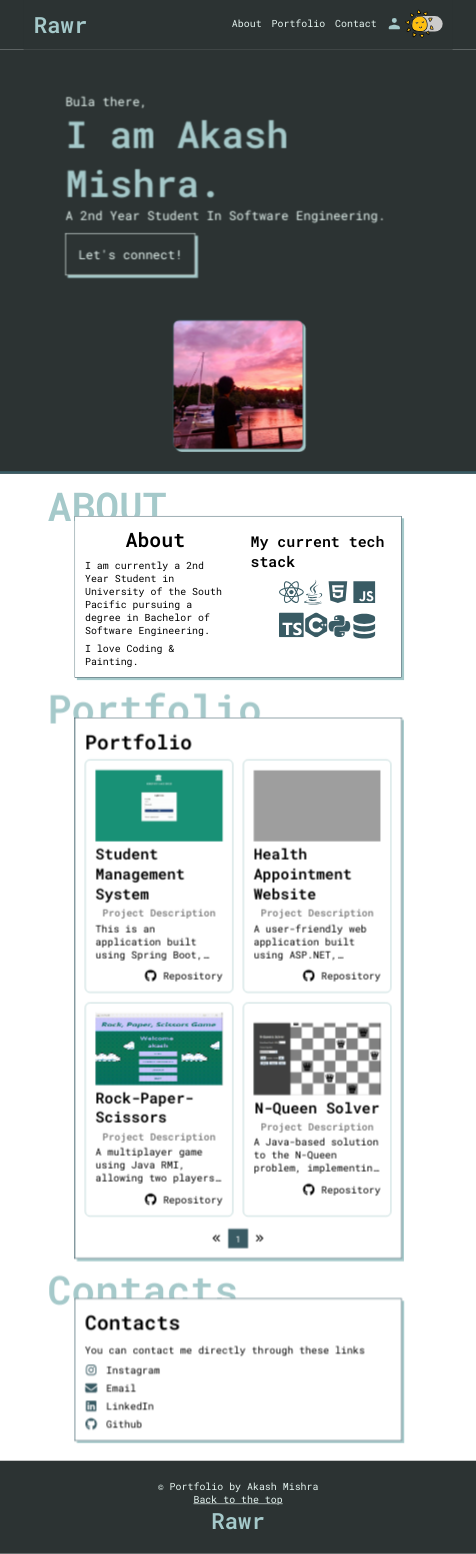
Repository: akashrawr/portfolio
Page: /
An editor plug-in stored every save of this project. The page is shown before and after the next save, followed by the edit.
The browser window is 768 px wide. The pictures show the whole page, at 62% of full size.
Pictures or frames that could not be fetched are drawn as grey boxes. The project was rebuilt for these pictures with package versions that can differ from the ones it lists, and the page was loaded fresh each time.

Above is the page before, as saved 2025-01-01 21:02:57.

### public/index.html
<!DOCTYPE html>
<html lang="en">
  <head>
    <meta charset="utf-8" />
    <link rel="icon" href="%PUBLIC_URL%/favicon.ico" />
    <meta name="viewport" content="width=device-width, initial-scale=1" />
    <meta name="theme-color" content="#000000" />
    <meta
      name="description"
      content="Personal web Portfolio"
    />
    <link rel="apple-touch-icon" href="%PUBLIC_URL%/logo192.png" />
    <!--
      manifest.json provides metadata used when your web app is installed on a
      user's mobile device or desktop. See https://developers.google.com/web/fundamentals/web-app-manifest/
    -->
    <link rel="manifest" href="%PUBLIC_URL%/manifest.json" />
    <!--
      Notice the use of %PUBLIC_URL% in the tags above.
      It will be replaced with the URL of the `public` folder during the build.
      Only files inside the `public` folder can be referenced from the HTML.

      Unlike "/favicon.ico" or "favicon.ico", "%PUBLIC_URL%/favicon.ico" will
      work correctly both with client-side routing and a non-root public URL.
      Learn how to configure a non-root public URL by running `npm run build`.
    -->
    <title>akashrawr</title>
  </head>
  <body>
    <noscript>You need to enable JavaScript to run this app.</noscript>
    <div id="root"></div>
    <!--
      This HTML file is a template.
      If you open it directly in the browser, you will see an empty page.

      You can add webfonts, meta tags, or analytics to this file.
      The build step will place the bundled scripts into the <body> tag.

      To begin the development, run `npm start` or `yarn start`.
      To create a production bundle, use `npm run build` or `yarn build`.
    -->
  </body>
</html>

### src/App.js
import React, { useState, useEffect } from 'react';
import './App.css';
import AOS from 'aos';
import 'aos/dist/aos.css';

// Import components
import Header from './components/Header';
import Hero from './components/Hero';
import About from './components/About';
import Portfolio from './components/Portfolio';
import Contact from './components/Contact';
import Footer from './components/Footer';

function App() {
  useEffect(() => {
    AOS.init({ once: true, delay: 0 });
  }, []);

  const [isNavVisible, setIsNavVisible] = useState(false);
  const [darkMode, setDarkMode] = useState(false);

  const toggleNav = () => {
    setIsNavVisible(!isNavVisible);
  };

  const toggleDarkMode = () => {
    setDarkMode(!darkMode);
    document.body.classList.toggle('dark-mode', !darkMode);
  };

  return (
    <div>
      <Header
        isNavVisible={isNavVisible}
        toggleNav={toggleNav}
        darkMode={darkMode}
        toggleDarkMode={toggleDarkMode}
      />
      <main>

        <Hero />
        <About />
        <Portfolio />
        <Contact />
      </main>
      <Footer />
    </div>
  );
}

export default App;

### src/App.css
@import url("https://fonts.googleapis.com/css2?family=Roboto+Mono:wght@300;400;600&display=swap");

:root {
  --primary-color: #2c3333;
  --secondary-color: #395b64;
  --accent-1: #a5c9ca;
  --accent-2: #e7f6f2;
  --neutral-1: black;
  --neutral-2: white;
  --neutral-3: white;
  --neutral-4: black;
  --icon-1: #395b64;

  --dark-primary-color: #121212;
  --dark-secondary-color: #1f1f1f;
  --dark-accent-1: #6c757d;
  --dark-accent-2: #adb5bd;
  --dark-neutral-1: #ffffff;
  --dark-neutral-2: #121212;
  --dark-neutral-3:#1f1f1f;
  --dark-neutral-4: #938f8f;
  --dark-icon-1: #938f8f;

}

*,
*::after,
*::before {
  margin: 0;
  padding: 0;
  font-family: "Roboto Mono", monospace;
  box-sizing: border-box;


}

html {
  scroll-behavior: smooth;
}

body {
  overflow-x: hidden;
  background-color: var(--neutral-3);
  color: var(--neutral-1);
  font-family: "Roboto Mono", monospace;
}

body.dark-mode {
  --primary-color: var(--dark-primary-color);
  --secondary-color: var(--dark-secondary-color);
  --accent-1: var(--dark-accent-1);
  --accent-2: var(--dark-accent-2);
  --neutral-1: var(--dark-neutral-1);
  --neutral-2: var(--dark-neutral-2);
  --neutral-3: var(--dark-neutral-3);
  --neutral-4: var(--dark-neutral-4);
  --icon-1:var(--dark-icon-1);
}


/* Navbar styles */

header {
  display: flex;
  align-items: center;
  justify-content: center;

  max-width: 100vw;
  background-color: var(--primary-color);
}

a {
  font-size: 14px;
  text-decoration: none;
}

h1 {
  font-family: "Roboto Mono", monospace;
}

.navbar-nav {
  display: flex;
  align-items: center;
  justify-content: space-between;
  background-color: var(--primary-color);
  padding: 1rem;
  width: 90%;
}

.nav-logo {
  grid-column: 1;
}

.nav-logo > h1 {
  font-size: 30px;
  color: var(--accent-1);
}

.primary-nav {
  display: flex;
  list-style: none;
  gap: 16px;

  grid-column: 2;
  justify-self: end;
}

.mobile-nav-toggle {
  display: none;
  cursor: pointer;
}

.nav-link:link,
.nav-link:visited {
  font-size: 16px;
  color: var(--accent-2);

  transition: 300ms ease-in-out;
}

.nav-link:hover {
  font-weight: 600;
  color: var(--accent-1);
}

.user-icon {
  width: 24px;
  height: 24px;
  fill: var(--accent-1);
  transition: fill 0.3s ease;
}

.user-icon:hover {
  fill: var(--accent-1);
}

/* Dark mode toggle button */
.theme-toggle {
  background: none;
  border: none;
  cursor: pointer;
  padding: 8px;
  display: flex;
  align-items: center;
}

.nav-icons {
  --size: 30px;
  width: var(--size);
  aspect-ratio: 1;
  cursor: pointer;
}



@media only screen and (max-width: 35em) {
  .primary-nav {
    position: fixed;
    top: 0;
    right: 0;
    bottom: 0;
    width: 125px;

    flex-direction: column;
    padding: min(15vh, 3rem) 1rem;
    background-color: var(--primary-color);
    border-left: 2px solid rgb(111, 111, 111); /* Add this line for the left border */

    z-index: 9999;

    transform: translateX(100%);
    transition: transform 350ms ease-out;
  }


  .nav-link:link,
  .nav-link:visited {
    font-size: 15px;
    color: var(--accent-1);
  }

  .primary-nav[data-visible="true"] {
    transform: translateX(0%);
  }

  .mobile-nav-toggle[aria-expanded="true"] {
    background: url('data:[embedded picture, 416 characters]') center center no-repeat;
  }

  .mobile-nav-toggle {
    display: block;
    position: absolute;
    background: url('data:[embedded picture, 417 characters]') center center no-repeat;

    width: 1.25rem;
    aspect-ratio: 1;

    border: none;

    top: 1.4rem;
    right: 2.5rem;
    z-index: 10000;

    transition: 250ms ease-in-out;
  }
}

/* Section styles */

section {
  display: flex;
  align-items: center;
  justify-content: center;

  max-width: 100vw;
  position: relative;
}

/* HERO SECTION */
#hero {
  background-color: var(--primary-color);
  border-bottom: 4px solid var(--icon-1);
  padding: 2.2rem;
}

/* Main container for text and image */
.hero-main-container {
  display: flex;
  flex-wrap: wrap;
  align-items: center;
  justify-content: space-between;
  gap: 16px;
}

/* Text Container */
.hero-container {
  flex: 1;
  display: flex;
  flex-direction: column;
  gap: 16px;
  padding: 2.2rem;
  width: 90%;
  height: 350px;
  animation: fade-in 500ms linear forwards;
}

.hero-text-container > h2 {
  font-size: 28px;
  color: var(--accent-1);
}

.hero-text-container > p {
  font-size: 12px;
  color: var(--accent-2);
}

.hero-button {
  align-self: flex-start;

  font-size: 14px;
  padding: 1em;

  color: var(--accent-2);
  background-color: transparent;

  border: 1px solid var(--accent-2);
  box-shadow: 4px 4px 0px var(--accent-1);

  transition: 300ms ease-in-out;
}

.hero-button:hover {
  background-color: var(--accent-2);
  color: var(--primary-color);
  box-shadow: 6px 6px 0px var(--secondary-color);
}

/* Image Container */
.hero-img {
  flex: 1;
  display: flex;
  justify-content: center;
  align-items: center;
}

.hero-image {
  max-width: 50%;
  height: auto;
  border-radius: 10px;
  box-shadow: 0 4px 8px rgba(0, 0, 0, 0.1);
  border: 1px solid var(--secondary-color);
  background-color: var(--neutral-2);
  box-shadow: 4px 4px 0px var(--accent-1);
}


/* Responsive Styles */
@media screen and (max-width: 768px) {
  .hero-main-container {
    flex-direction: column;
  }

  .hero-img {
    margin-top: 20px;
    max-width: 60%;
    height: auto;
  }

  .hero-text-container {
    text-align: left;
  }
}
.hero-text-container > h2 {
  font-size: 20px;
  color: var(--accent-1);
}
.project-card > h3 {
  font-size: 12px;
  color: var(--secondary-color);
}

/* ABOUT */

#about {
  padding: 2rem;
  margin-top: 36px;
  animation: fade-in 500ms linear forwards;

}

.wave-asset {
  width: 100%;
  position: absolute;

  top: 0;
  left: 0;
}

.about-container {
  display: flex;
  align-items: center;
  justify-content: center;
  background-color: var(--neutral-2);
  width: 90%;
  z-index: 999;
}

.about-card,
.portfolio-card,
.contact-card {
  display: flex;
  flex-direction: column;
  gap: 16px;
  border: 1px solid var(--secondary-color);
  background-color: var(--neutral-2);

  width: 100%;
  padding: 1rem;

  box-shadow: 4px 4px 0px var(--accent-1);
}

.about-content,
.portfolio-content {
  width: 100%;
  display: flex;
  flex-direction: column;
  gap: 8px;
}

.about-content > h2,
.about-content > h3 {
  color: var(--neutral-4);
}

.about-content > p {
  font-size: 12px;
  color: var(--neutral-4);
}

.tech-stack-grid {
  width: 65%;
  display: grid;
  grid-template-columns: repeat(4, 1fr);
  place-items: center;
}

.tech-stack {
  --size: 30px;
  width: var(--size);
  aspect-ratio: 1;
}

/* Portfolio container */

#portfolio {
  padding: 2rem;
  animation: fade-in 500ms linear forwards;
}

.portfolio-container {
  width: 90%;
  z-index: 999;
}

.project-container {
  display: grid;
  grid-template-columns: repeat(2, 1fr);
  gap: 16px;
}

.portfolio-content > h2 {
  color: var(--neutral-4);
}

.project-card {
  display: flex;
  flex-direction: column;
  gap: 4px;

  padding: 1rem;
  border-radius: 8px;
  border: 1px solid var(--accent-1);
}

.project-card > h3 {
  color: var(--neutral-4);
}

.project-card > h5 {
  color: var(--neutral-4);
  opacity: 0.5;
}

.project-card > p {
  font-size: 12px;
  width: 100%;
  display: -webkit-box;
  -webkit-box-orient: vertical;
  -webkit-line-clamp: 3;
  overflow: hidden;
  color: var(--neutral-4);
}

.project-img {
  width: 100%;
  aspect-ratio: 16/9;
}

.project-card-links {
  align-self: flex-end;

  margin-top: 10px;
  display: flex;
  align-items: center;
  gap: 12px;
}

.project-icons {
  --size: 20px;
  width: var(--size);
  aspect-ratio: 1;
}

.project-card-links > a {
  display: flex;
  align-items: center;
  color: var(--neutral-4);
  font-size: 10px;
  gap: 4px;
}

.project-card-links > a:link,
.project-card-links > a:visited {

  color: var(--neutral-4);
}

.project-card-links > a:hover {
  font-weight: 600;
  color: var(--accent-1);
}

/* CONTACT */
#contact {
  padding: 2rem;
  animation: fade-in 500ms linear forwards;
}

.contact-container {
  width: 90%;
  z-index: 999;
}

.contact-card {
  width: 100%;
  gap: 12px;
}
.contact-card > h2 {
    color: var(--neutral-4);
}

.contact-card > p {
  font-size: 12px;
  color: var(--neutral-4);
}

.contact-links {
  display: flex;
  flex-direction: column;
  gap: 8px;
}

.contact-links > a {
  display: flex;
  align-items: center;
  gap: 8px;
}

.contact-links > a:link,
.contact-links > a:visited {
  color: var(--neutral-4);
}

.contact-links > a:hover {
  font-weight: 600;
  color: var(--accent-1);
}
.contact-icons {
  --size: 20px;
  width: var(--size);
  aspect-ratio: 1;
}

/* extras */
.section-highlight {
  font-size: 4rem;
  font-weight: 600;
  opacity: 0.5;
  color: var(--accent-1);

  position: absolute;
  top: 0;
  left: 100px;
}

/* footer */
footer {
  display: flex;
  align-items: center;
  justify-content: center;
  color: var(--accent-2);
  max-width: 100vw;
  background-color: var(--primary-color);
  min-height: 150px;
}

.footer-content {
  text-align: center;
  font-size: 12px;
  width: 90%;

  color: var(--accent-2);
}

.footer-content > a {
  text-decoration: underline;
}

.footer-content > a:link,
.footer-content > a:visited {
  color: var(--accent-2);
}

.footer-content > a:hover {
  color: var(--accent-1);
}
/* media queries */

@media only screen and (max-width: 35em) {
  .hero-container {
    padding: 1rem;
    height: 200px;
  }
  .project-container {
    grid-template-columns: 1fr;
  }
  .tech-stack-grid {
    width: 100%;
  }
  .section-highlight {
    font-size: 3.5rem;
    top: -16px;
    left: 6vw;
  }
}

@media only screen and (min-width: 35em) {
  .hero-container {
    height: 250px;
  }
  .about-container,
  .portfolio-container,
  .contact-container {
    width: 75%;
  }

  .about-card,
  .portfolio-card {
    align-items: center;
    justify-content: center;
    flex-direction: row;
    gap: 20px;
  }

  .section-highlight {
    top: -26px;
    left: 10vw;
  }
}

@media only screen and (min-width: 768px) {
  .nav-logo > h1 {
    font-size: 36px;
  }

  /* hero */
  .hero-container {
    height: 350px;
  }

  .hero-text-container > p {
    font-size: 20px;
  }

  .hero-text-container > h2 {
    font-size: 60px;
  }

  .hero-button {
    font-size: 20px;
  }

  /* about */
  .about-card {
    gap: 40px;
  }

  .about-content > h2 {
    font-size: 32px;
  }

  .about-content > h3 {
    font-size: 24px;
  }

  .about-content > p {
    font-size: 16px;
  }

  .tech-stack-section {
    align-self: flex-start;
    margin-top: 8px;
  }

  .tech-stack {
    --size: 40px;
    width: var(--size);
    aspect-ratio: 1;
  }

  /* portfolio */
  .portfolio-content > h2 {
    font-size: 32px;
  }

  .project-card > h3 {
    font-size: 24px;
  }

  .project-card > h5,
  .project-card > p {
    font-size: 16px;
  }

  .project-card-links > a {
    font-size: 16px;
  }

  /* contacts */
  .contact-card > h2 {
    font-size: 32px;
  }

  .contact-card > p {
    font-size: 16px;
  }

  .contact-links > a {
    font-size: 16px;
  }
  .footer-content,
  .footer-content > a {
    font-size: 16px;
  }
}

@media only screen and (min-width: 1024px) {
  .section-highlight {
    top: -26px;
    left: 10vw;
  }
}

@keyframes fade-in {
  0% {
    opacity: 0;
  }
  100% {
    opacity: 1;
  }
}

/* Adjust specific sections as needed for React-specific behaviors */
.primary-nav.visible {
  transform: translateX(0%);
}

/* The switch - the box around the slider */
.switch {
  position: relative;
  display: inline-block;
  width: 50px;
  height: 25px;
}

/* Hide default HTML checkbox */
.switch input {
  opacity: 0;
  width: 0;
  height: 0;
}

/* The slider */
.slider {
  position: absolute;
  cursor: pointer;
  top: 0;
  left: 0;
  right: 0;
  bottom: 0;
  background-color: #ccc;
  -webkit-transition: .4s;
  transition: .4s;
  border-radius: 25px; /* Rounded edges for the slider */
  display: flex;

  align-items: center;
}

/* Adjust the icon size to 48x48 pixels */
.slider .icon {
  position: absolute;
  width: 48px;
  height: 48px;
  transition: .4s;
}

/* When the input is checked (dark mode is on) */
input:checked + .slider {
  background-color: #3e4346; /* Change background color on check */
}

input:focus + .slider {
  box-shadow: 0 0 1px #2196F3;
}

/* Move the icons when the input is checked (dark mode) */
input:checked + .slider .icon {
  transform: translateX(20px); /* Move the icon to the right */
}

/* Default state (light mode) */
input:not(:checked) + .slider .icon {
  transform: translateX(-15px) translateY(-2px); /* Icon remains in the default position */
  width: 52px; /* Further reduced icon size for very small screens */
  height: 52px; /* Further reduced icon size for very small screens */
}

.about-icon {
  color: var(--icon-1); /* Change to any shade of blue you prefer */
  font-size: 3rem; /* Adjust size as needed */
  margin: 0.5rem;
}

.project-icons {
  margin-right: 0.5rem; /* Space between icon and text */
  font-size: 1.5rem; /* Adjust icon size */
  color: inherit; /* Match the color of the link */
}

.contact-icons {
  margin-right: 0.5rem; /* Space between icon and text */
  font-size: 1.5rem; /* Adjust icon size */
  color: var(--icon-1);
}

/* Responsive Adjustments */
@media (max-width: 768px) {
  .about-icon {
    font-size: 2.5rem; /* Slightly smaller on smaller devices */
    margin: 0.4rem;
  }

  .project-icons {
    font-size: 1.2rem; /* Smaller icon size on smaller screens */
    margin-right: 0.4rem;
  }

  .contact-icons {
    font-size: 1.2rem; /* Smaller icon size on smaller screens */
    margin-right: 0.4rem;
  }
}

@media (max-width: 480px) {
  .about-icon {
    font-size: 2rem; /* Even smaller on very small devices */
    margin: 0.3rem;
  }

  .project-icons {
    font-size: 1rem; /* Further reduced icon size for very small screens */
    margin-right: 0.3rem;
  }

  .contact-icons {
    font-size: 1rem; /* Further reduced icon size for very small screens */
    margin-right: 0.3rem;
  }
}

.pagination {
  display: flex;
  justify-content: center;
  align-items: center;
  margin-top: 1rem;
}

.pagination a {
  color: var(--neutral-4);
  padding: 8px 16px;
  text-decoration: none;
}

.pagination a.active {
  background-color: #395b64;
  color: white;
}

.pagination a:disabled {
  color: grey;
  pointer-events: none;
}

/* Responsive Adjustments */
@media (max-width: 768px) {
  .pagination a {
    padding: 6px 12px; /* Smaller padding for smaller screens */
    font-size: 0.9rem; /* Slightly smaller font size */
  }

  .pagination {
    margin-top: 0.75rem; /* Adjust margin top for smaller screens */
  }
}

@media (max-width: 480px) {
  .pagination a {
    padding: 4px 8px; /* Even smaller padding for very small screens */
    font-size: 0.8rem; /* Smaller font size for very small screens */
  }

  .pagination {
    margin-top: 0.5rem; /* Adjust margin top for very small screens */
  }
}

### src/components/Hero.js
import React from 'react';

function Hero() {
  return (
    <section id="hero">
      <div className="hero-main-container">
        {/* Text and Button Container */}
        <div className="hero-container">
          <div className="hero-text-container" data-aos="fade-up">
            <p>Bula there,</p>
            <h2>I am Akash Mishra.</h2>
            <p>A 2nd Year Student In Software Engineering.</p>
          </div>
          <a href="#contact" className="hero-button" data-aos="fade-up">
            Let's connect!
          </a>
        </div>

        {/* Image Container */}
        <div className="hero-img" data-aos="fade-up">
          <img className="hero-image" src="./assets/images/akash.jpg" alt="akash" />
        </div>
      </div>
    </section>
  );
}

export default Hero;

### src/components/About.js
import React from 'react';
import { FontAwesomeIcon } from '@fortawesome/react-fontawesome';
import { faReact, faJava, faHtml5, faJs, faPython } from '@fortawesome/free-brands-svg-icons';
import { SiTypescript, SiCplusplus } from 'react-icons/si';
import { faDatabase } from '@fortawesome/free-solid-svg-icons';

function About() {
  return (
    <section id="about">
      <div className="section-highlight" data-aos="fade-up">ABOUT</div>
      <div className="about-container" data-aos="fade-up">
        <div className="about-card">
          <section className="about-content">
            <h2>About</h2>
            <p>I am currently a 2nd Year Student in University of the South Pacific pursuing a degree in Bachelor of Software Engineering.</p>
            <p>I love Coding & Painting.</p>
          </section>

          <section className="about-content tech-stack-section">
            <h3>My current tech stack</h3>
            <div className="tech-stack-grid">
              <div className="tech-stack">
                <FontAwesomeIcon icon={faReact} className="about-icon" />
              </div>
              <div className="tech-stack">
                <FontAwesomeIcon icon={faJava} className="about-icon" />
              </div>
              <div className="tech-stack">
                <FontAwesomeIcon icon={faHtml5} className="about-icon" />
              </div>
              <div className="tech-stack">
                <FontAwesomeIcon icon={faJs} className="about-icon" />
              </div>
              <div className="tech-stack">
                <SiTypescript className="about-icon ts-icon" />
              </div>
              <div className="tech-stack">
                <SiCplusplus className="about-icon cpp-icon" />
              </div>
              <div className="tech-stack">
                <FontAwesomeIcon icon={faPython} className="about-icon" />
              </div>
              <div className="tech-stack">
                <FontAwesomeIcon icon={faDatabase} className="about-icon" />
              </div>
            </div>
          </section>
        </div>
      </div>
    </section>
  );
}

export default About;

### src/components/Contact.js
import React from 'react';
import { FontAwesomeIcon } from '@fortawesome/react-fontawesome';
import {
  faInstagram,
  faGithub,
  faLinkedin
} from '@fortawesome/free-brands-svg-icons';
import {
  faEnvelope
} from '@fortawesome/free-solid-svg-icons';

function Contact() {
  return (
    <section id="contact">
      <h2 className="section-highlight" data-aos="fade-up">Contacts</h2>
      <div className="contact-container" data-aos="fade-up">
        <div className="contact-card">
          <h2>Contacts</h2>
          <p>You can contact me directly through these links</p>

          <div className="contact-links">
            <a href="https://www.instagram.com/_acnologxa" className="contact-link">
              <FontAwesomeIcon icon={faInstagram} className="contact-icons" />
              Instagram
            </a>

            <a href="mailto:akashkm553@gmail.com" className="contact-link">
              <FontAwesomeIcon icon={faEnvelope} className="contact-icons" />
              Email
            </a>

            <a href="https://www.linkedin.com/in/akashmishra-rawr" className="contact-link">
              <FontAwesomeIcon icon={faLinkedin} className="contact-icons" />
              LinkedIn
            </a>

            <a href="https://github.com/akashrawr" className="contact-link">
              <FontAwesomeIcon icon={faGithub} className="contact-icons" />
              Github
            </a>
          </div>
        </div>
      </div>
    </section>
  );
}

export default Contact;

### src/components/Footer.js
import React from 'react';

function Footer() {
  return (
    <footer>
      <div className="footer-content">
        © Portfolio by Akash Mishra <br/>
        <a href="#hero">Back to the top</a>
        <div className="nav-logo">
          <h1>Rawr</h1>
        </div>
      </div>

    </footer>
  );
}

export default Footer;

### src/data/projects.js
export const projects = [
    {
      imgSrc: './assets/images/SMS.gif',
      altText: 'project-SMS',
      title: 'Student Management System',
      description: 'This is an application built using Spring Boot, adhering to MVC architecture. It provides functionalities for managing student records.',
      repoLink: 'https://github.com/akashrawr/Student-Management-System-Springboot.git',
    },
    {
      imgSrc: './assets/images/health.gif',
      altText: 'project-Health',
      title: 'Health Appointment Website',
      description: 'A user-friendly web application built using ASP.NET, designed to manage patient appointments efficiently.',
      repoLink: 'https://github.com/akashrawr/Medical_Website.git',
    },
    {
      imgSrc: './assets/images/rps.gif',
      altText: 'project-RPS',
      title: 'Rock-Paper-Scissors',
      description: 'A multiplayer game using Java RMI, allowing two players to compete in real-time and a MySQL database for user tracking.',
      repoLink: 'https://github.com/akashrawr/RockPaperScissors-RMI.git',
    },
    {
      imgSrc: './assets/images/nqueen.gif',
      altText: 'project-Nqueen',
      title: 'N-Queen Solver',
      description: 'A Java-based solution to the N-Queen problem, implementing different types of algorithms to find various queen placements on a chessboard.',
      repoLink: 'https://github.com/akashrawr/N-Queen-Solver.git',
    },
  ];

  /*

  {
    imgSrc: './assets/images/hotel.gif',
    altText: 'Serenity-hotel',
    title: 'Serenity Hotel',
    description: 'A full-stack Hotel Room Booking project using React.js and Spring Boot, focusing on JWT authentication, MySQL, and AWS.',
    repoLink: 'https://github.com/akashrawr/Serenity-Hotel.git',
    liveDemoLink: 'https://serenity-hotel.vercel.app',
  },

      {
      imgSrc: './assets/images/chess.gif',
      altText: 'project-Chess',
      title: 'Chess',
      description: 'A Java RMI-based chess game capable of hosting up to six players simultaneously.',
      repoLink: 'https://github.com/akashrawr/ChessRMI.git',
    },

        {
      imgSrc: './assets/images/weather.gif',
      altText: 'project-Weather-App',
      title: 'Weather App',
      description: 'A weather forecasting application built using React and TypeScript. It utilizes an external API to fetch real-time weather data.',
      repoLink: 'https://weatherapp-react-ts.vercel.app/',
      liveDemoLink: 'https://github.com/akashrawr/WeatherApp-React-TS.git',
    },
    {
      imgSrc: './assets/images/movielist.gif',
      altText: 'project-Movielist',
      title: 'Movie List App',
      description: 'A React-based application to create and manage a personal movie watchlist with local storage integration for saving data.',
      repoLink: 'https://github.com/akashrawr/MovieWatchList-React.git',
      liveDemoLink: 'https://watch-list.vercel.app/',
    },
    {
      imgSrc: './assets/images/coming-soon.gif',
      altText: 'project-Soon',
      title: 'Project Name',
      description: 'Lorem ipsum dolor sit amet, consectetur adipiscing elit. Quisque egestas ornare lorem ullamcorper gravida. In venenatis in diam ut tempor.',
      repoLink: '#',
      liveDemoLink: '#',
    },

  */

Loaded but not shown: src/index.js (common file); src/index.css (common file); src/reportWebVitals.js (common file); src/components/Header.js (84 lines, source omitted); src/components/Portfolio.js (95 lines, source omitted)

After the next save:
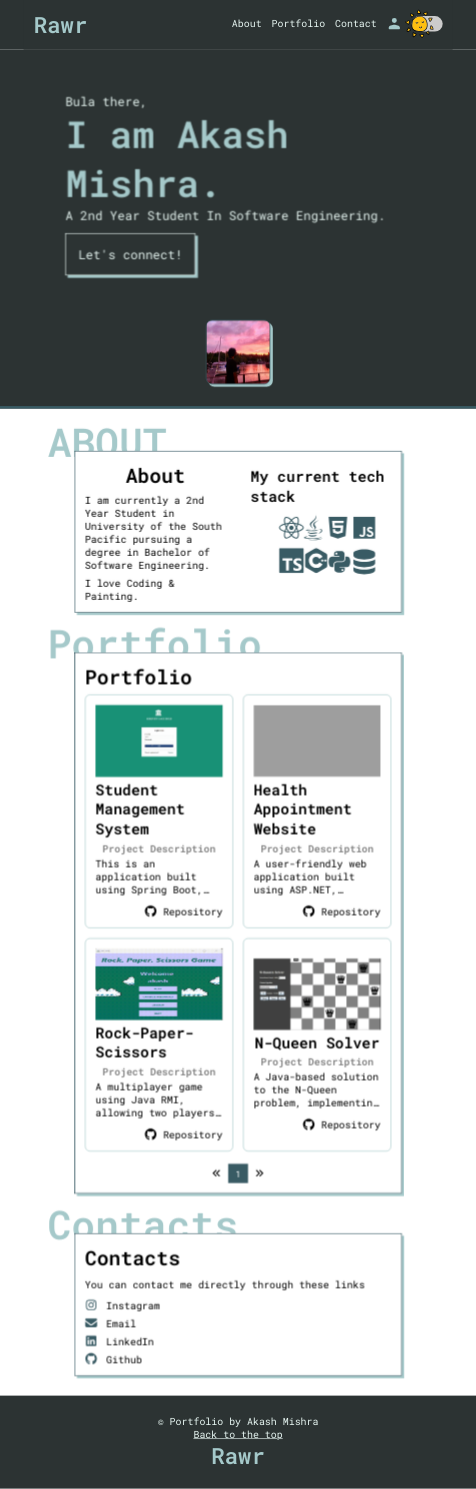
Saved 32 s later.
--- a/src/App.css
+++ b/src/App.css
@@ -302,7 +302,7 @@ section {
 
   .hero-img {
     margin-top: 20px;
-    max-width: 60%;
+    max-width: 30%;
     height: auto;
   }
 
